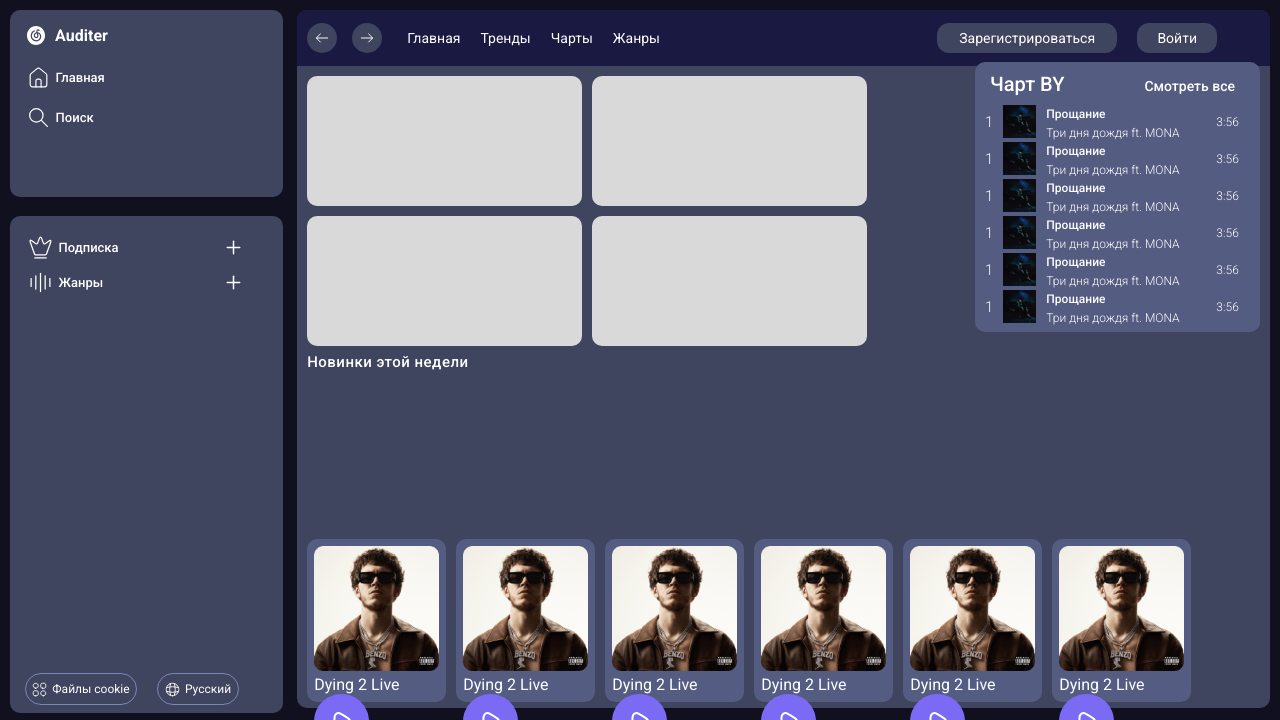
Repository: MaksimKrupkin/music_app
Page: /
An editor plug-in stored every save of this project. The page is shown before and after the next save, followed by the edit.
The browser window is 1280 px wide. The pictures show the whole page.
The project was rebuilt for these pictures with package versions that can differ from the ones it lists, and the page was loaded fresh each time. Also part of the build but not shown: vite.config.ts.

Above is the page before, as saved 2024-02-22 22:54:58.

After the next save:
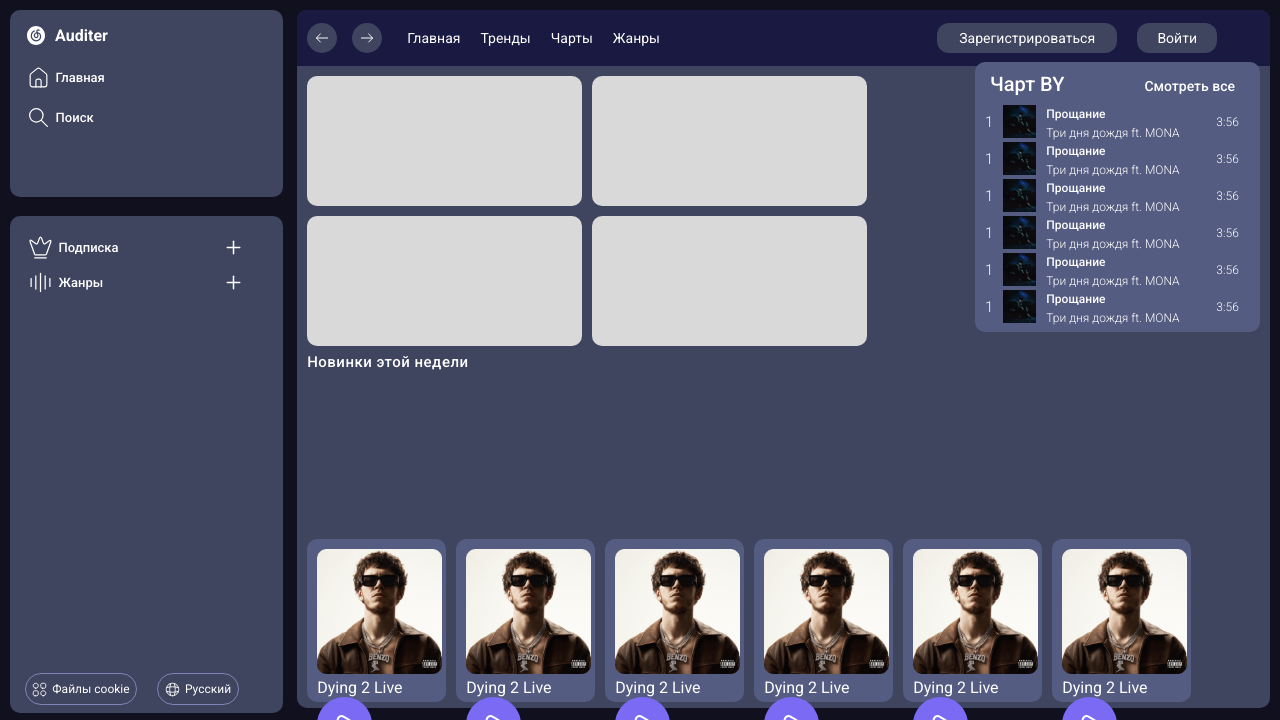
Saved 58 s later.
--- a/src/Components/Card/Card.module.scss
+++ b/src/Components/Card/Card.module.scss
@@ -1,7 +1,7 @@
 .card {
   box-sizing: border-box;
   width: 139px;
-  padding: 7px;
+  padding: 10px;
 
   height: 163px;
   background-color: #555c82;
